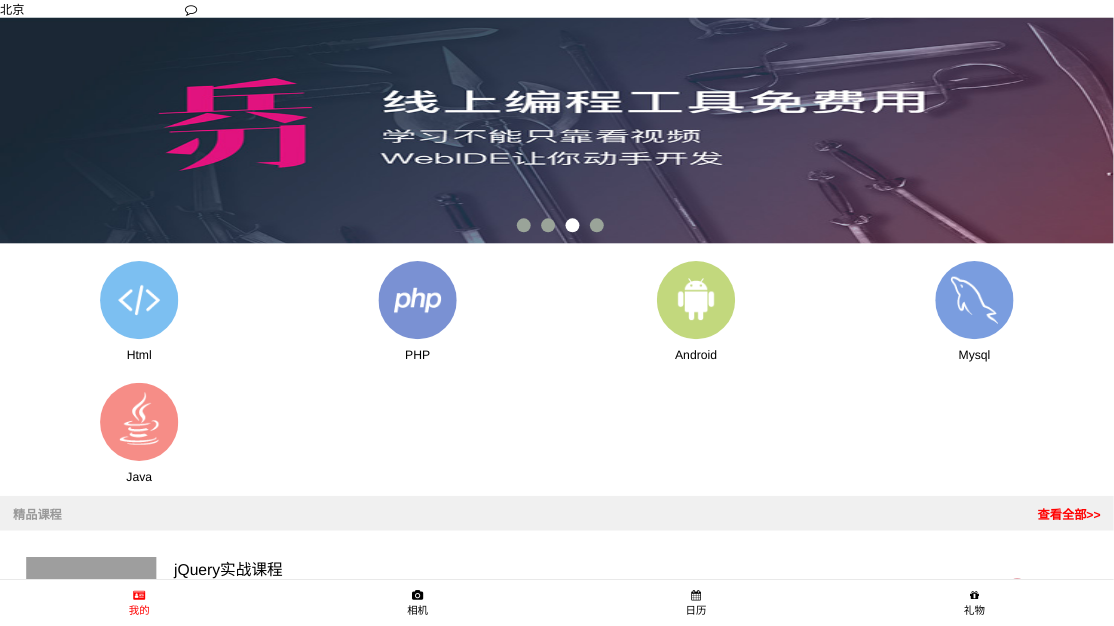
Repository: zhenzhen-gong/flextContent
Page: index.html
The author's editor kept a copy of each file at every save. The page is drawn from the files as they stood at one save, then again after the next save.
The browser window is 1280 px wide. The pictures show the whole page, at 87% of full size.
Pictures or frames that could not be fetched are drawn as grey boxes.

Above is the page before, as saved 2020-06-19 11:18:01.

After the next save:
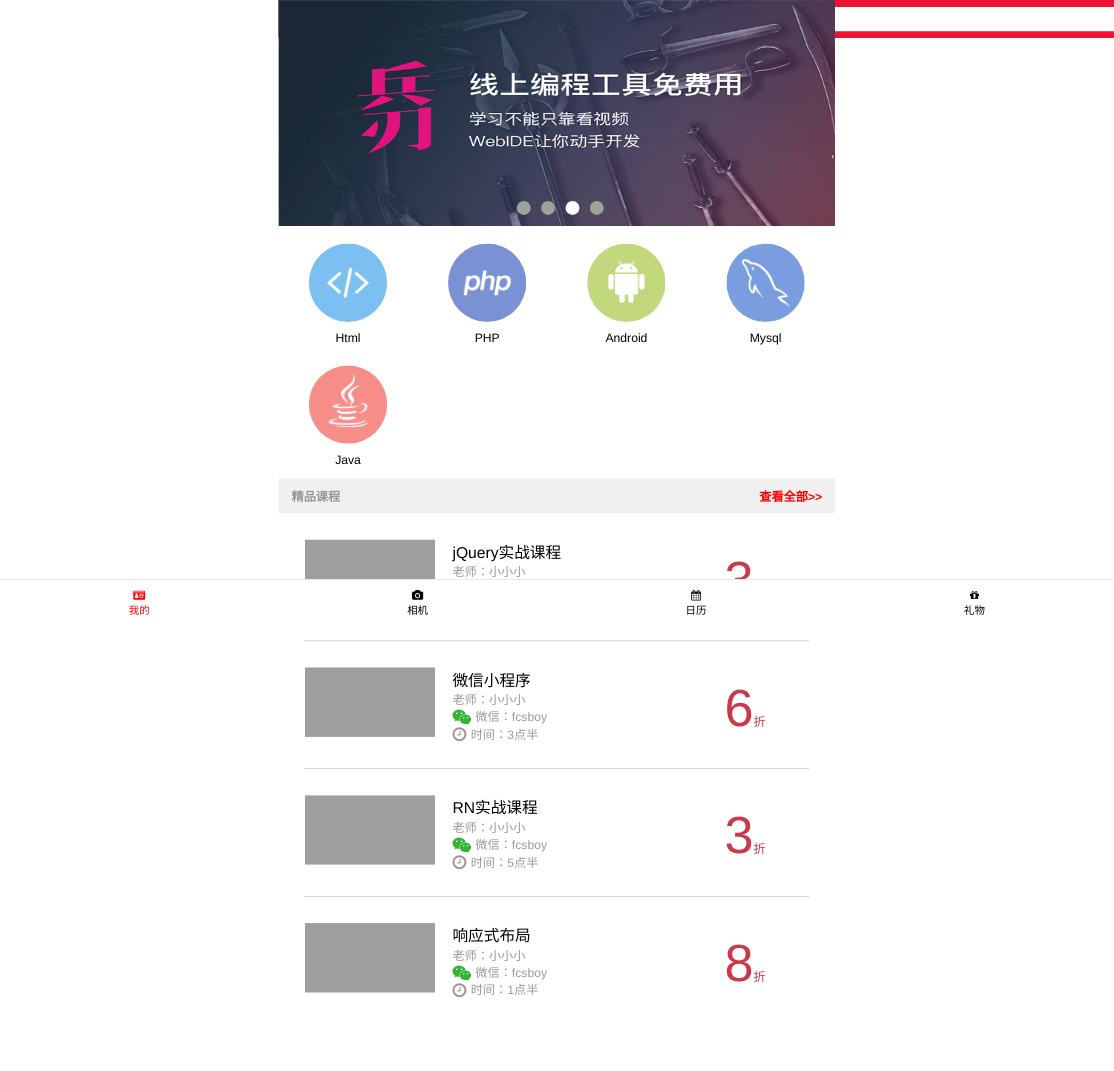
Saved 63 s later.
--- a/css/style.css
+++ b/css/style.css
@@ -20,30 +20,30 @@
     right: 0;
     margin: 0 auto;
 }
-.Tbox:first-child{
+.fixed{
     position: fixed;
     width: 100%;
 }
 /* 头部导航 */
-.Tbox:first-child>header{
+.fixed>header{
    height: 44px;
    padding: 0 15px;
    background: #ef1333;
    display: flex;
    align-items: center;
 }
-.Tbox:first-child>header>a.left-address{
+.fixed>header>a.left-address{
     margin-right: 15px;
     color: #ffffff;
 }
-.Tbox:first-child>header>input.middle-form{
+.fixed>header>input.middle-form{
    flex: 1;
    box-sizing: border-box;
    height: 28px;
    border-radius: 8px;
    border: none;
 }
-.Tbox:first-child>header>a.right-message{
+.fixed>header>a.right-message{
     margin-left: 15px;
     color: #ffffff;
 }

After the save that followed:
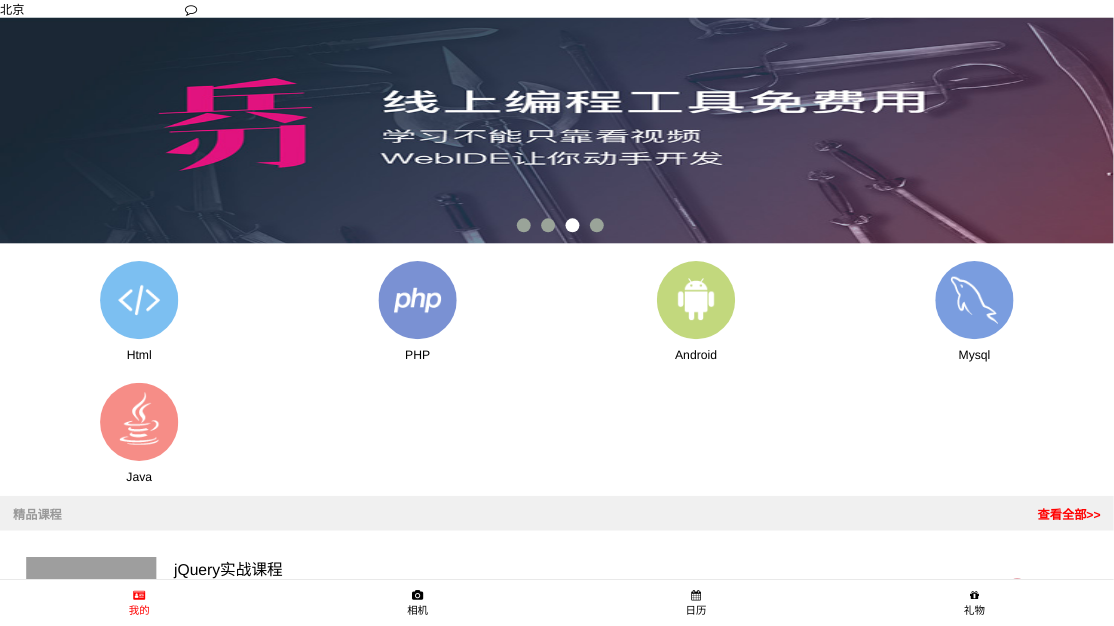
Saved 22 s later.
--- a/css/style.css
+++ b/css/style.css
@@ -20,30 +20,30 @@
     right: 0;
     margin: 0 auto;
 }
-.fixed{
+.Tbox:first-child{
     position: fixed;
     width: 100%;
 }
 /* 头部导航 */
-.fixed>header{
+.Tbox>header{
    height: 44px;
    padding: 0 15px;
    background: #ef1333;
    display: flex;
    align-items: center;
 }
-.fixed>header>a.left-address{
+.Tbox>header>a.left-address{
     margin-right: 15px;
     color: #ffffff;
 }
-.fixed>header>input.middle-form{
+.Tbox>header>input.middle-form{
    flex: 1;
    box-sizing: border-box;
    height: 28px;
    border-radius: 8px;
    border: none;
 }
-.fixed>header>a.right-message{
+.Tbox>header>a.right-message{
     margin-left: 15px;
     color: #ffffff;
 }
